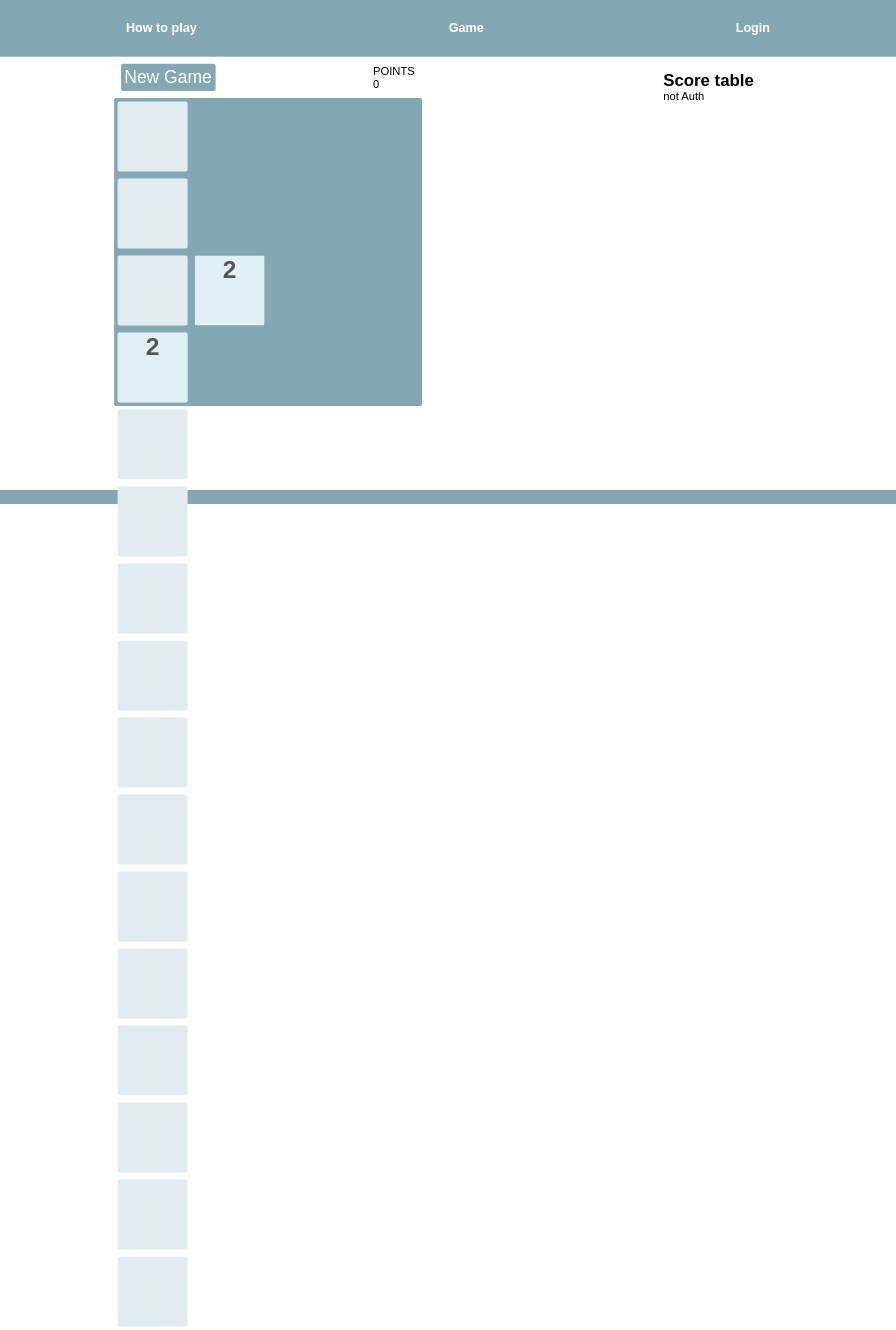
Repository: nika-otter/2048
Page: / (app in client/)
These files come from the project's save history. The page is drawn as it stood at one moment and after the next save; the edit follows.
The browser window is 1280 px wide. The pictures show the whole page, at 70% of full size.
The project was rebuilt for these pictures with package versions that can differ from the ones it lists, and the page was loaded fresh each time. Also part of the build but not shown: client/src/components/Login/LoginForm.js, client/src/pages/account/index.jsx, client/src/components/Game/GameOverlay.jsx, client/src/components/InstructionPage/InstructionPage.module.scss, client/src/components/HowToPlay/howtoplay.module.scss, client/src/components/HowToPlay/howtoplay.jsx, client/src/components/InstructionPage/InstructionPage.jsx, client/src/pages/Instruction/index.jsx and 4 more.

Above is the page before, as saved 2023-05-01 23:48:25.

### client/src/index.js
import React from "react";
import ReactDOM from "react-dom/client";
import "./index.css";
import App from "./App";
import { BrowserRouter } from "react-router-dom";
import Store from "./store/store";

const store = new Store();

export const Context = React.createContext({
  store,
});

const root = ReactDOM.createRoot(document.getElementById("root"));
root.render(
  <Context.Provider value={{ store }}>
    <BrowserRouter>
      <App />
    </BrowserRouter>
  </Context.Provider>
);

### client/src/index.css
* {
  box-sizing: border-box;
  margin: 0;
  padding: 0;
}
#root {
  width: 100vw;
  height: 100%;
}

body {
  /* background-color: #ffffff;
  display: flex;
  justify-content: center;
  align-items: center;*/
  /* height: 100vh; */
  height: 100%;
}
html {
  height: 100%;
}
code {
  font-family: source-code-pro, Menlo, Monaco, Consolas, "Courier New",
    monospace;
}

### client/src/App.css
.App {
  /* position: relative; */
  display: flex;
  flex-direction: column;
  height: 100%;
  /* background-color: rgb(188, 121, 39); */
}
/* main {
  flex: 1 0 auto;
} */

### client/src/router/AppRouter.jsx
import { Routes, Route } from "react-router-dom";
import Account from "../pages/Account";
import Game from "../pages/Game";
import Instruction from "../pages/Instruction";
import Login from "../pages/Login";

const AppRouter = () => {
  return (
    <Routes>
      {/* <Route path="/game" element={<Game />} /> */}
      {/* <Route path="/account" element={<Account />} /> */}
      <Route path="/how-to-play" element={<Instruction />} />
      <Route path="/" element={<Game />} />
      <Route path="/login" element={<Login />} />
    </Routes>
  );
};

export default AppRouter;

### client/src/services/UserService.js
import $api from "../http";
export default class UserService {
  static fetchUsers() {
    return $api.get("/users");
  }

  static updateScore(email, score) {
    return $api.post(`/score`, { email, score });
  }

  static async getScores(email) {
    return $api.post(`/scores`, { email });
  }
}

### client/src/services/AuthService.js
import $api from "../http";
export default class AuthService {
  static async login(email, password) {
    return $api.post("/login", { email, password });
  }
  static async registration(email, password) {
    return $api.post("/registration", { email, password });
  }
  static async logout() {
    return $api.post("/logout");
  }
}

### client/src/http/index.js
import axios from "axios";

export const API_URL = "http://localhost:5000/api";

const $api = axios.create({
  withCredentials: true,
  baseURL: API_URL,
});

$api.interceptors.request.use((config) => {
  config.headers.Authorization = `Bearer ${localStorage.getItem("token")}`;
  return config;
});

$api.interceptors.response.use(
  (config) => {
    return config;
  },
  async (error) => {
    const originalRequest = error.config;
    if (
      error.response.status === 401 &&
      error.config &&
      !error.config._isRetry
    ) {
      originalRequest._isRetry = true;
      try {
        const response = await axios.get(`${API_URL}/refresh`, {
          withCredentials: true,
        });
        console.log(response, "response http");
        localStorage.setItem("token", response.data.accessToken);
        return $api.request(originalRequest);
      } catch (e) {
        console.log(e);
        console.log("НЕ АВТОРИЗОВАН");
      }
    }
    throw error;
  }
);
export default $api;

### client/src/pages/Game/index.jsx
import Header from "../../components/Header/Header";
import Footer from "../../components/Footer/Footer";
import GamePage from "../../components/GamePage/GamePage";

function Game() {
  return (
    <>
      <Header />
      <GamePage />
      <Footer />
    </>
  );
}

export default Game;

### client/src/components/Footer/Footer.jsx
import classes from "./Footer.module.scss";

function Footer() {
  return <footer className={classes.footer}></footer>;
}

export default Footer;

### client/src/components/Header/Header.jsx
import { Link } from "react-router-dom";
import classes from "./Header.module.scss";

function Header() {
  return (
    <header className={classes.header}>
      <Link className={classes.link} to="/how-to-play">
        How to play
      </Link>
      <Link className={classes.link} to="/">
        Game
      </Link>
      <Link className={classes.link} to="/login">
        Login
      </Link>
    </header>
  );
}

export default Header;

### client/src/components/GamePage/GamePage.jsx
import { Link } from "react-router-dom";
import classes from "./GamePage.module.scss";
import ScoreTable from "../ScoreTable/ScoreTable";
import BoardView from "../Game/Board";
import { observer } from "mobx-react-lite";
import { useContext, useEffect } from "react";
import { Context } from "../..";

function GamePage() {
  return (
    <main className={classes.main}>
      <div className={classes.gamepage}>
        <BoardView />
        <ScoreTable />
      </div>
    </main>
  );
}

export default observer(GamePage);

### client/src/components/Footer/Footer.module.scss
.footer {
  flex: 0 0 auto;
  height: 20px;
  background-color: rgb(131, 168, 180);
  width: 100%;
}

### client/src/components/Header/Header.module.scss
.header {
  display: flex;
  justify-content: space-around;
  background-color: #83a8b4;
  width: 100%;
}
.link {
  color: white;
  text-decoration: none;
  font-size: large;
  margin-top: 20px;
  margin-bottom: 20px;
  padding: 10px;
  font-weight: bold;
  border-radius: 5px;
  &:hover {
    color: rgb(106, 134, 144);
    background-color: rgb(255, 255, 255);
  }
}

### client/src/components/GamePage/GamePage.module.scss
.gamepage {
  display: flex;
  justify-content: space-around;
  //   background-color: aquamarine;
}
.main {
  flex: 1 0 auto;
}

### client/src/components/ScoreTable/ScoreTable.jsx
import { useContext, useEffect, useState } from "react";
import classes from "./ScoreTable.module.scss";
import { Context } from "../..";
import UserService from "../../services/UserService";
import { observer } from "mobx-react-lite";

function ScoreTable() {
  // const { store } = useContext(Context);
  // const [scores, setScores] = useState([]);

  // useEffect(() => {
  //   if (localStorage.getItem("token")) {
  //     console.log(localStorage.getItem("token"), "token from login index.jsx");
  //     store.checkAuth();
  //     getScores(store.user.email);
  //   }
  //   console.log(store.user.email, "store.user.email in ScoreTable.jsx");
  // }, []);

  // const getScores = async (email) => {
  //   console.log(email, "email in ScoreTable.jsx");
  //   try {
  //     const response = await UserService.getScores(email);
  //     setScores(response.data.scores, "response from getScores ScoreTable.jsx");
  //     console.log(response);
  //   } catch {
  //     console.log("Error");
  //   }
  // };
  // console.log(scores, "store.user in ScoreTable.jsx");

  const { store } = useContext(Context);
  // const [scores, setScores] = useState([]);
  // console.log(store.user.scores, "store.user from login index.jsx");
  useEffect(() => {
    if (localStorage.getItem("token")) {
      console.log(localStorage.getItem("token"), "token from login index.jsx");
      store.checkAuth();
    }
    console.log(store.user.email, "store.user.email in ScoreTable.jsx");
    // getScores(store.user.email);
  }, [store]);

  // async function getScores(email) {
  //   console.log(email, "email from getScores");
  //   try {
  //     const response = await UserService.getScores(email);
  //     // setUsers(response.data);
  //     console.log(response, "response from getScores");
  //     // console.log(response.data.data.user.scores, "response.data.user.scores");
  //     // setScores(response.data.scores);
  //   } catch (e) {
  //     console.log(e, "Error");
  //   }
  // }
  if (store.isLoading) {
    console.log(store.isLoading, "store.isLoading");
    return <div className={classes.loading}>Loading...</div>;
  }
  return (
    <div className={classes.scoretable}>
      <h2>Score table</h2>
      {/* <button onClick={() => getScores(store.user.email)}>Get scores</button> */}
      {/* {store.isAuth ? (
        scores.map((score) => <div key={score}>{score}</div>)
      ) : (
        <div>loading</div>
      )} */}
      <ul>
        {store.isAuth ? (
          store.user.scores
            .map((score) => ({
              score,
              id: Math.random(),
            }))
            .sort((a, b) => b.score - a.score)
            .slice(0, 10)
            .map((item) => <li key={item.id}>{item.score}</li>)
        ) : (
          <div>not Auth</div>
        )}
      </ul>

      {/* <button onClick={getScores}>dddmdmd</button> */}

      {/* {scores.map((score) => (
        <div>{score}</div>
      ))} */}
    </div>
  );
}

export default observer(ScoreTable);

### client/src/components/Game/Board.jsx
import React, { useContext, useEffect, useState } from "react";
import Tile from "./Tile";
import Cell from "./Cell";
import { Board } from "../../helper";
import useEvent from "../../hooks/useEvent";
import GameOverlay from "./GameOverlay";
import "./Board.scss";
import { Context } from "../..";
import UserService from "../../services/UserService";
const BoardView = () => {
  const { store } = useContext(Context);
  const [board, setBoard] = useState(new Board());

  // useEffect(() => {
  //   const checkAuth = async () => {
  //     if (localStorage.getItem("token")) {
  //       console.log(localStorage.getItem("token"), "token from login index.jsx");
  //       await store.checkAuth();
  //     }
  //   };
  //   checkAuth();
  //   console.log(store.user.email, "store.user.email in ScoreTable.jsx");
  //   // getScores(store.user.email);
  // }, [resetGame]);

  const handleKeyDown = (event) => {
    if (board.hasWon()) {
      console.log("You won!");
      return;
    } //потім вернути треба

    if (event.keyCode >= 37 && event.keyCode <= 40) {
      let direction = event.keyCode - 37;
      let boardClone = Object.assign(Object.create(board), board);
      // let boardClone = Object.assign(
      //   Object.create(Object.getPrototypeOf(board)),
      //   board
      // ); // теж саме що і вище
      let newBoard = boardClone.move(direction);
      setBoard(newBoard);
    }
  };

  useEvent("keydown", handleKeyDown);

  const cells = board.cells.map((row, rowIndex) => {
    return (
      <div key={rowIndex}>
        {row.map((col, colIndex) => {
          return <Cell key={rowIndex * board.size + colIndex} />;
        })}
      </div>
    );
  }); //робить клітинки нічого серйозного

  const tiles = board.tiles
    .filter((tile) => tile.value !== 0)
    .map((tile, index) => {
      return <Tile tile={tile} key={index} />;
    });

  const saveScore = async (email, score) => {
    try {
      const response = await UserService.updateScore(email, score);
      console.log(response, "response from saveScore ");
    } catch {
      console.log("Error");
    }
  };
  const resetGame = async () => {
    console.log(
      store.user.email,
      board.score,
      "store.user.email board.score from BoardView.jsx"
    );
    if (board.score > 0) {
      await saveScore(store.user.email, board.score);
      store.checkAuth();
    }
    setBoard(new Board());
  };

  return (
    <div>
      <div className="details-box">
        <div className="resetButton" onClick={resetGame}>
          New Game
        </div>
        <div className="score-box">
          <div className="score-header">POINTS</div>
          <div>{board.score}</div>
        </div>
      </div>
      <div className="board">
        {cells}
        {tiles}
        <GameOverlay onRestart={resetGame} board={board} />
      </div>
    </div>
  );
};

export default BoardView;

### client/src/components/ScoreTable/ScoreTable.module.scss
.scoretable {
  margin: 20px;
  width: 150px;
}
.loading {
  width: 150px;
  margin: 20px;
}

### client/src/components/Game/Tile.jsx
import React from "react";
// import classes from "./Board.scss";
import "./Board.scss";
// import "./styles.scss";

const Tile = ({ tile, id }) => {
  console.log("tile");
  let classArray = ["tile"];
  classArray.push("tile" + tile.value);
  if (!tile.mergedInto) {
    classArray.push(`position_${tile.row}_${tile.column}`);
  }
  if (tile.mergedInto) {
    classArray.push("merged");
  }
  if (tile.isNew()) {
    classArray.push("new");
  }

  if (tile.hasMoved()) {
    classArray.push(`row_from_${tile.fromRow()}_to_${tile.toRow()}`);
    classArray.push(`column_from_${tile.fromColumn()}_to_${tile.toColumn()}`);
    classArray.push("isMoving");
  }
  //   if (tile.isRandom()) {
  //     classArray.push("random");
  //   }

  let styles = classArray.join(" ");
  return <span className={styles}>{tile.value}</span>;
};

export default Tile;

### client/src/components/Game/Cell.jsx
import React from "react";

const Cell = ({ id }) => {
  return (
    <div>
      <span className="cell"></span>
    </div>
  );
};

export default Cell;

### client/src/hooks/useEvent.jsx
import { useEffect } from "react";

export default function useEvent(event, handler, passive = false) {
  useEffect(() => {
    window.addEventListener(event, handler, passive);

    return function cleanUp() {
      window.removeEventListener(event, handler, passive);
    };
  });
}

### client/src/components/Game/Board.scss
// @font-face {
//   font-family: "Clear Sans";
//   src: url("../src/clear-sans.ttf") format("truetype");
// }

body {
  display: flex;
  //   background: rgb(2,0,36);
  // background: linear-gradient(90deg, rgba(2,0,36,1) 0%, rgba(87,64,124,1) 47%, rgba(0,212,255,1) 100%);
  //   color: white;
  // flex-direction: column;
  // justify-content: center;
  // align-content: center;
  // align-items: center;
  font-family: "Clear Sans", sans-serif;
  // font-size: 21px;
}

.text {
  // order: 2;
  // padding-top: 40px;
  // width: 440px;
  // font-weight: bold;
}
// main {
//   min-height: 90vh;
// }

// .wrapper {
//   display: flex;
//   flex-direction: column;
//   height: 100%;
// }
// .content {
//   flex: 1 0 auto;
// }
// .footer {
//   flex: 0 0 auto;
// }

.board {
  // order: 1;
  // display: inline-block;

  display: block;
  // justify-content: center;
  margin-left: auto;
  margin-right: auto;
  width: 440px;
  height: 440px;
  // padding: 5px; //вернути треба
  background-color: rgb(131, 168, 180);
  border-radius: 3px;
  // outline: none;
  position: relative;
}

// .board .cell,
// .tile {
//   // user-select: none;
//   // cursor: default;
// }

.details-box {
  display: flex;
  align-items: center;
  padding: 10px;
  justify-content: space-between;
}

.resetButton {
  background-color: rgb(131, 168, 180);
  color: rgb(255, 255, 255);
  cursor: pointer;
  font-size: 25px;
  padding: 5px;
  border-radius: 3px;
  transition: color 0.3s ease, background-color 0.3s ease;
  &:hover {
    background-color: rgb(131, 168, 180);
    color: rgba(255, 255, 255, 1);
  }
}

.score-header {
  font-size: 1rem;
}

.score-box {
  background-color: rgb(131, 168, 180) 6;
  color: rgb(0, 0, 0);
  // min-width: 50px;
  // width: 70px;
  // padding: 5px 15px;
  border-radius: 3px;
}

.cell,
.tile {
  // display: inline-block;
  width: 100px;
  height: 100px;
  margin: 5px;
  // line-height: 90px;
  display: inline-block;
  font-size: 35px;
  font-weight: bold;
  text-align: center;
  vertical-align: middle;
  border-radius: 3px;
  // font-family: "Clear Sans";

  background-color: rgb(224, 236, 240);
}

.tile {
  color: rgb(86, 86, 86);
  background-color: aquamarine;
}

.tile0 {
  background-color: rgb(238, 247, 249);
}

.tile2 {
  background-color: rgb(224, 240, 245);
  // background-image: url(./assets/img/2.gif);
}

.tile4 {
  background-color: rgb(199, 221, 228);
  // background-image: url(./assets/img/4.gif);
}

.tile8 {
  background-color: rgb(187, 212, 220);
  // background-image: url(./assets/img/8.gif);
}

.tile16 {
  background-color: rgb(171, 195, 203);
  // background-image: url(./assets/img/16.gif);
}

.tile32 {
  background-color: rgb(140, 165, 174);
  // background-image: url(./assets/img/32.gif);
}

.tile64 {
  background-color: rgb(116, 144, 153);
  // background-image: url(./assets/img/64.gif);
  color: aliceblue;
}

.tile128 {
  background-color: rgb(98, 125, 134);
  // background-image: url(./assets/img/128.gif);
  color: aliceblue;
}

.tile256 {
  background-color: rgb(71, 91, 98);
  // background-image: url(./assets/img/256.gif);
  // font-size: 45px;
  color: aliceblue;
}

.tile512 {
  background-color: rgb(45, 68, 75);
  // background-image: url(./assets/img/512.gif);
  // font-size: 45px;
  color: aliceblue;
}

.tile1024 {
  background-color: rgb(40, 68, 78);
  // background-image: url(./assets/img/1024.gif);
  // font-size: 35px;
  color: aliceblue;
}

.tile2048 {
  position: absolute;
  background-size: contain;
  left: 0;
  right: 0;
  top: 0;
  bottom: 0;
  padding: 0px;
  background-color: rgb(12, 42, 52);
  // background-image: url(./assets/img/2048.gif);
  // font-size: 35px;
  color: aliceblue;
}

// .try-again {
//   z-index: 10;
//   height: 100px;
//   width: 100px;
//   // background-image: url(./assets/img/try-again.gif);
// }

.tile {
  position: absolute;
}

.tile.merged {
  display: none;
}

// .tile.merged.isMoving {
//   display: inline;
// }

.tile.new {
  animation-duration: 0.3s;
  animation-name: newTile;
  animation-fill-mode: forwards;
  // animation-delay: 0.15s;
  transform: scale(0);
}
// .tile.random {
//   animation-duration: 3s;
//   animation-name: newTile;
//   animation-fill-mode: forwards;
//   // animation-delay: 0.15s;
//   transform: scale(0);
// }

@keyframes newTile {
  from {
    transform: scale(0);
  }
  to {
    transform: scale(1);
  }
}

// .overlay {
//   position: absolute;
//   top: 0px;
//   bottom: 0px;
//   display: flex;
//   flex-direction: column;
//   align-items: center;
//   justify-content: center;
//   text-align: center;
//   left: 0px;
//   right: 0px;
//   font-size: 55px;
//   font-weight: bolder;
//   border-radius: 7px;
// }

// .tryAgain {
//   background-color: #876;
//   color: #fff;
//   height: 40px;
//   width: 200px;
//   font-size: 20px;
//   font-weight: bold;
//   cursor: pointer;
//   border: none;
//   border-radius: 5px;
//   border: 2px solid white;
// }

// .gameOver {
//   background-size: contain;
//   background-image: url(./assets/img/game-over.gif);
//   position: absolute;
//   top: 0;
//   right: 0;
//   bottom: 0;
//   left: 0;
//   z-index: 100;
//   text-align: center;
// }

.overlay .message {
  color: #666;
}

@for $row from 0 through 3 {
  @for $column from 0 through 3 {
    .position_#{$row}_#{$column}:not(.isMoving) {
      top: 110px * $row;
      left: 110px * $column;
    }
  }
}

@for $fromRow from 0 through 3 {
  @for $toRow from 0 through 3 {
    $name: row_from_#{$fromRow}_to_#{$toRow};

    @if $fromRow == $toRow {
      .#{$name} {
        top: 110px * $toRow;
      }
    } @else {
      .#{$name} {
        animation-duration: 0.2s;
        animation-name: $name;
        animation-fill-mode: forwards;
      }

      @keyframes #{$name} {
        from {
          top: 110px * $fromRow;
        }
        to {
          top: 110px * $toRow;
        }
      }
    }
  }
}

@for $fromColumn from 0 through 3 {
  @for $toColumn from 0 through 3 {
    $name: column_from_#{$fromColumn}_to_#{$toColumn};

    @if $fromColumn == $toColumn {
      .#{$name} {
        left: 110px * $toColumn;
      }
    } @else {
      .#{$name} {
        animation-duration: 0.2s;
        animation-name: $name;
        animation-fill-mode: forwards;
      }

      @keyframes #{$name} {
        from {
          left: 110px * $fromColumn;
        }
        to {
          left: 110px * $toColumn;
        }
      }
    }
  }
}

Loaded but not shown: client/public/index.html (common file); client/src/helper/index.js (231 lines, source omitted); client/src/store/store.js (113 lines, source omitted); client/src/App.js (47 lines, source omitted)

After the next save:
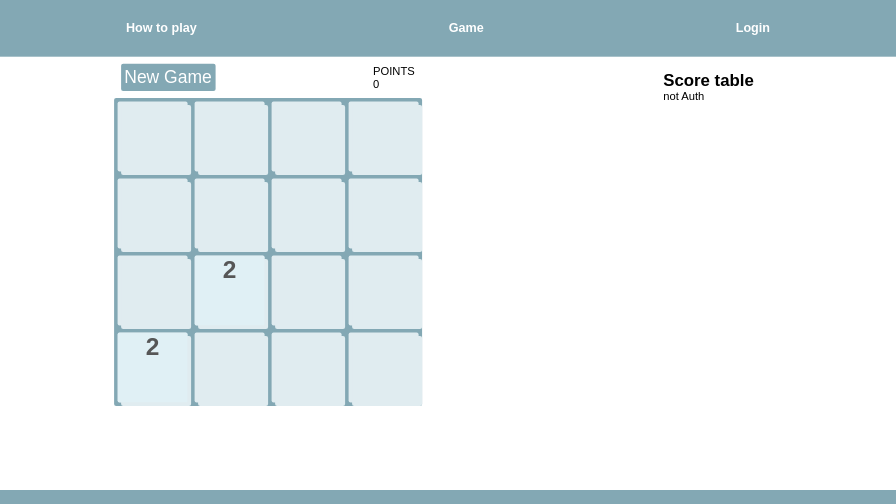
Saved 50 s later.
--- a/client/src/components/Game/Cell.jsx
+++ b/client/src/components/Game/Cell.jsx
@@ -2,7 +2,7 @@ import React from "react";
 
 const Cell = ({ id }) => {
   return (
-    <div>
+    <div className="cellblock">
       <span className="cell"></span>
     </div>
   );
--- a/client/src/components/Game/Board.scss
+++ b/client/src/components/Game/Board.scss
@@ -96,7 +96,8 @@
 }
 
 .cell,
-.tile {
+.tile,
+.cellblock {
   // display: inline-block;
   width: 100px;
   height: 100px;

After the save that followed:
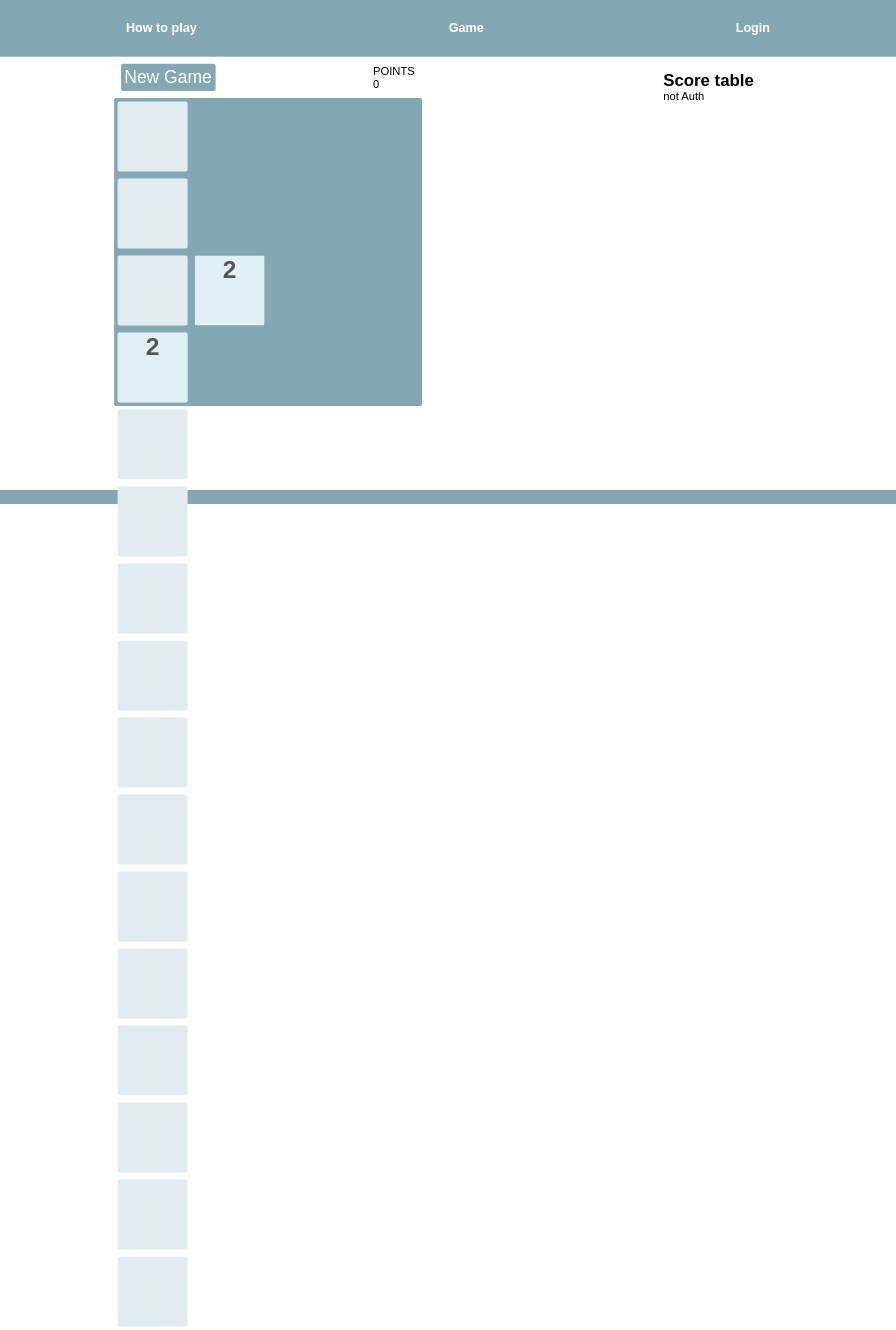
Saved 17 s later.
--- a/client/src/components/Game/Board.scss
+++ b/client/src/components/Game/Board.scss
@@ -96,8 +96,7 @@
 }
 
 .cell,
-.tile,
-.cellblock {
+.tile {
   // display: inline-block;
   width: 100px;
   height: 100px;
